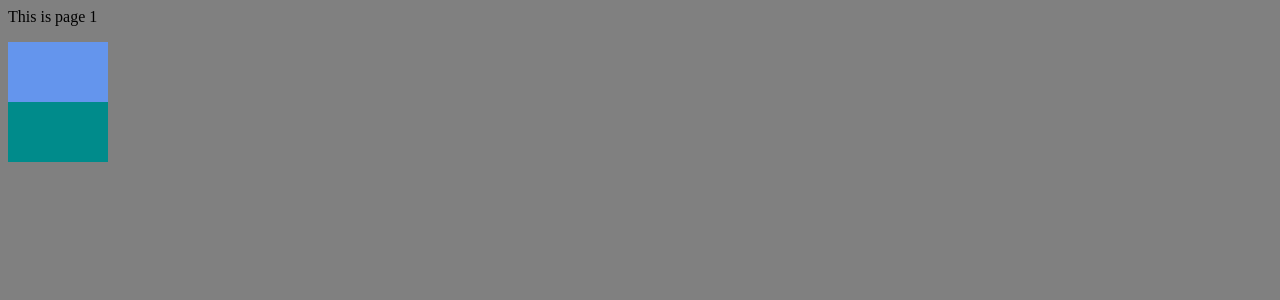
Repository: hanj291/hanj291.github.io
Page: page1.html
The author's editor kept a record of every edit. The page is drawn from the files as they stood at one moment, then again after the next edit.
The browser window is 1280 px wide. The pictures show the whole page.
The pointer rests on the first visible `.one`.

Above is the page before.

After the next edit:
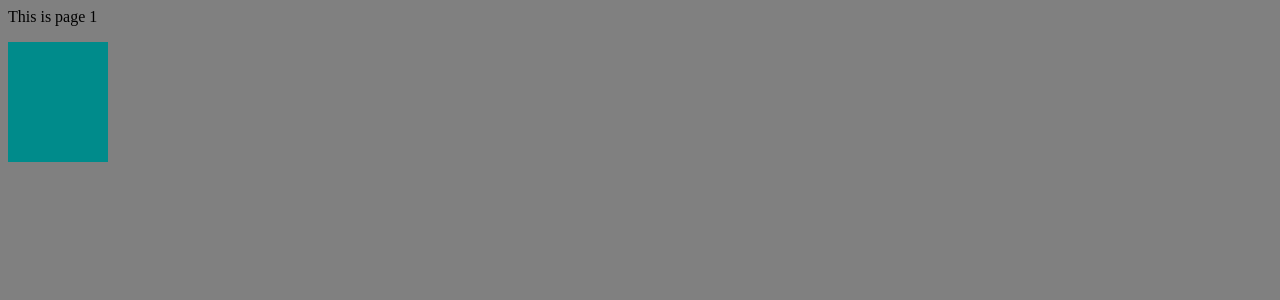
The edit:
--- a/page1css.css
+++ b/page1css.css
@@ -8,7 +8,7 @@
     position: relative;
 }
 .one:hover {
-    color: #008B8B;
+    background-color: #008B8B;
 }
 .two {
     width: 100px;
